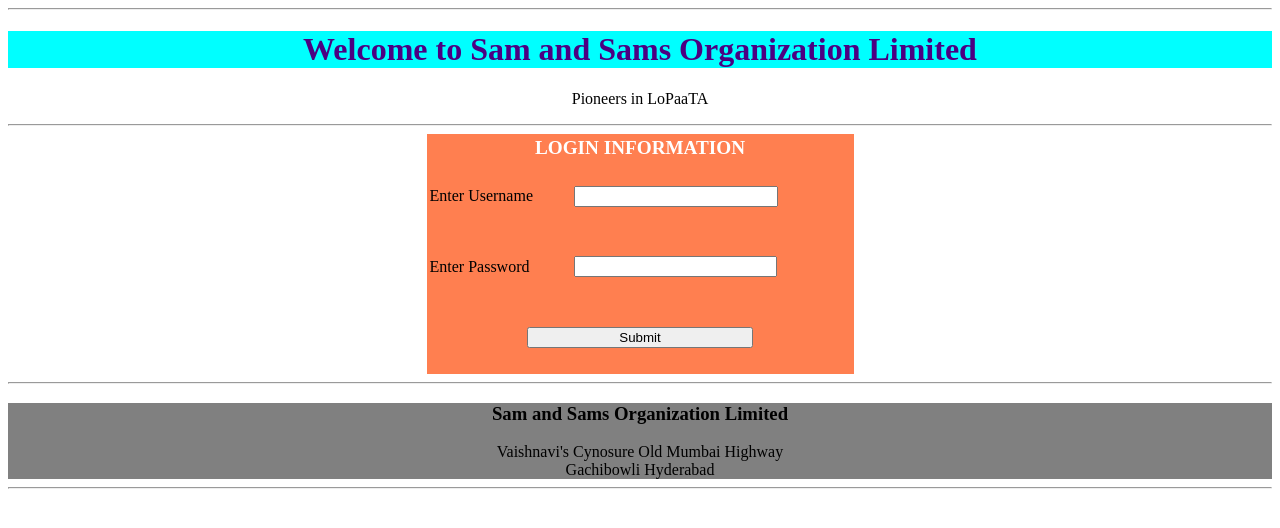
Repository: somnath0796/DeveloperMaterials
Page: http://localhost/JspApp/login.jsp
These files come from the project's save history. The page is drawn as it stood at one moment and after a run of saves; the edit follows.
The browser window is 1280 px wide. The pictures show the whole page.
The page is served by Tomcat 9.

Above is the page before, as saved 2018-02-02 06:50:07.

After the next 2 saves:
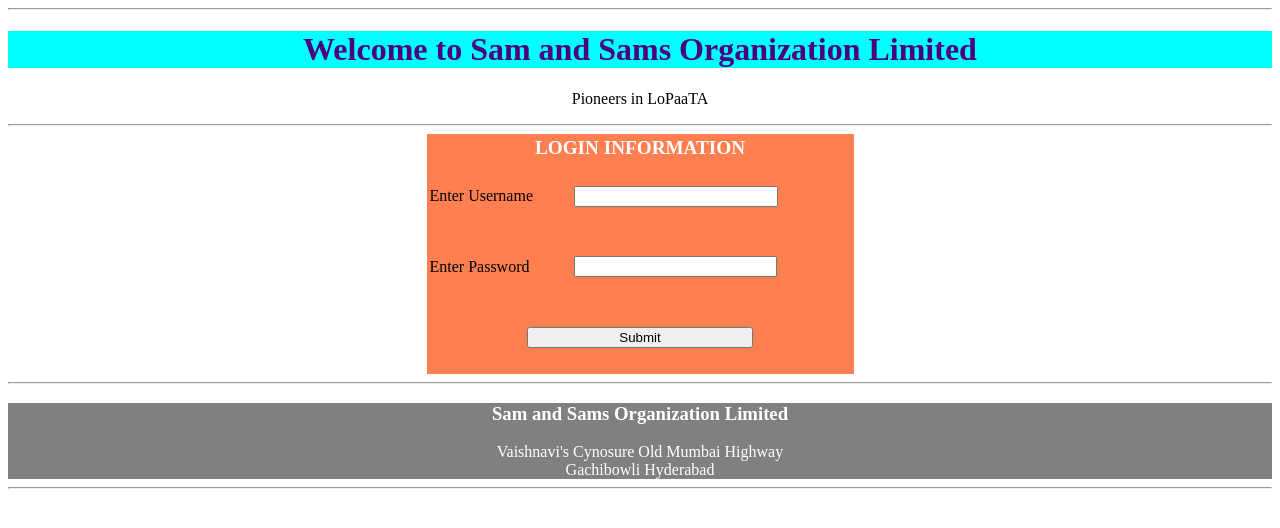
The 2 saves are shown as one change because they came seconds apart.
The last was saved 40 s later.
--- a/JspApp/WebContent/footer.jsp
+++ b/JspApp/WebContent/footer.jsp
@@ -1,6 +1,6 @@
 <hr>
-<center style="background-color: grey;">
-<h3 style="font-color:white;"> Sam and Sams Organization Limited </h3>
+<center style="background-color: grey; color:white;">
+<h3> Sam and Sams Organization Limited </h3>
 Vaishnavi's Cynosure Old Mumbai Highway <br/>
 Gachibowli Hyderabad<br/>
 </center>
